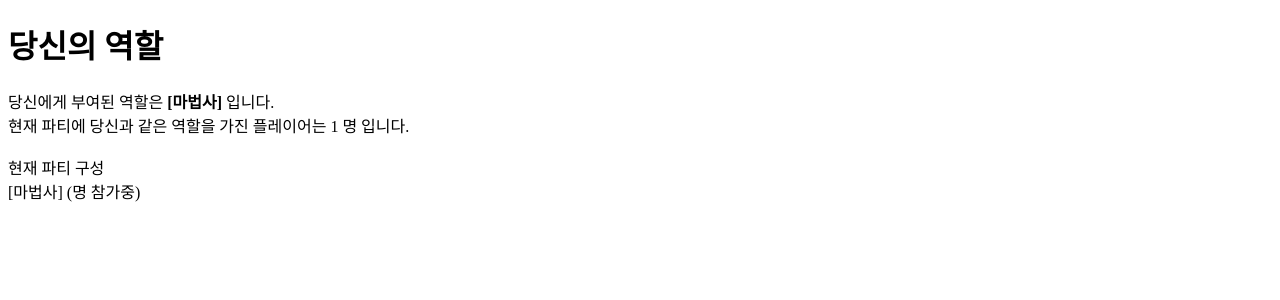
Repository: HeeMang28/jsp
Page: http://localhost/JSPBasic/jsptag/tag_quiz04.jsp
An editor plug-in stored every save of this project. The page is shown before and after the next save, followed by the edit.
The browser window is 1280 px wide. The pictures show the whole page.
The page is served by Tomcat 9. Other server files are loaded and not shown.

Above is the page before, as saved 2022-03-24 10:10:38.

### JSPBasic/src/main/webapp/jsptag/tag_quiz04.jsp
<%@page import="java.util.*"%>
<%@ page language="java" contentType="text/html; charset=UTF-8"
    pageEncoding="UTF-8"%>
<!DOCTYPE html>
<html>
<head>
<meta charset="UTF-8">
<title>Insert title here</title>
</head>
<body>
<%!
		List<String> party = new ArrayList<>();
%>
<%
	String[] jobs = {"전사", "도적", "사냥꾼", "마법사", "사제"};
	int r = (int)(Math.random() * jobs.length);
	String job = jobs[r];
	party.add(job);

	// 파티에 같은 직업이 몇 명있는지 찾는 작업.
	int cnt = 0;
	for(String player: party){
		if(job.equals(player)){
			cnt += 1;
		}
	}

%>
	<h1>당신의 역할</h1>
	당신에게 부여된 역할은 <b>[<%= job %>] </b> 입니다.<br/>
	현재 파티에 당신과 같은 역할을 가진 플레이어는 <%= cnt %> 명 입니다. <br/>
	<br/>
	현재 파티 구성 <br/>
	<%= party %> (명 참가중)
</body>
</html>

After the next save:
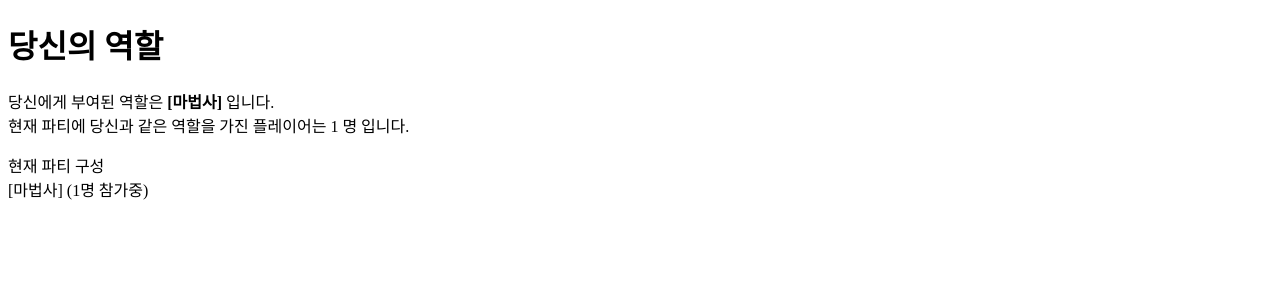
Saved 93 s later.
--- a/JSPBasic/src/main/webapp/jsptag/tag_quiz04.jsp
+++ b/JSPBasic/src/main/webapp/jsptag/tag_quiz04.jsp
@@ -27,10 +27,13 @@
 
 %>
 	<h1>당신의 역할</h1>
+	<p>
 	당신에게 부여된 역할은 <b>[<%= job %>] </b> 입니다.<br/>
-	현재 파티에 당신과 같은 역할을 가진 플레이어는 <%= cnt %> 명 입니다. <br/>
-	<br/>
+	현재 파티에 당신과 같은 역할을 가진 플레이어는 <%= cnt %> 명 입니다.
+	</p>
+	<p>
 	현재 파티 구성 <br/>
-	<%= party %> (명 참가중)
+	<%=party %> (<%= party.size() %>명 참가중)
+	</p>
 </body>
 </html>
